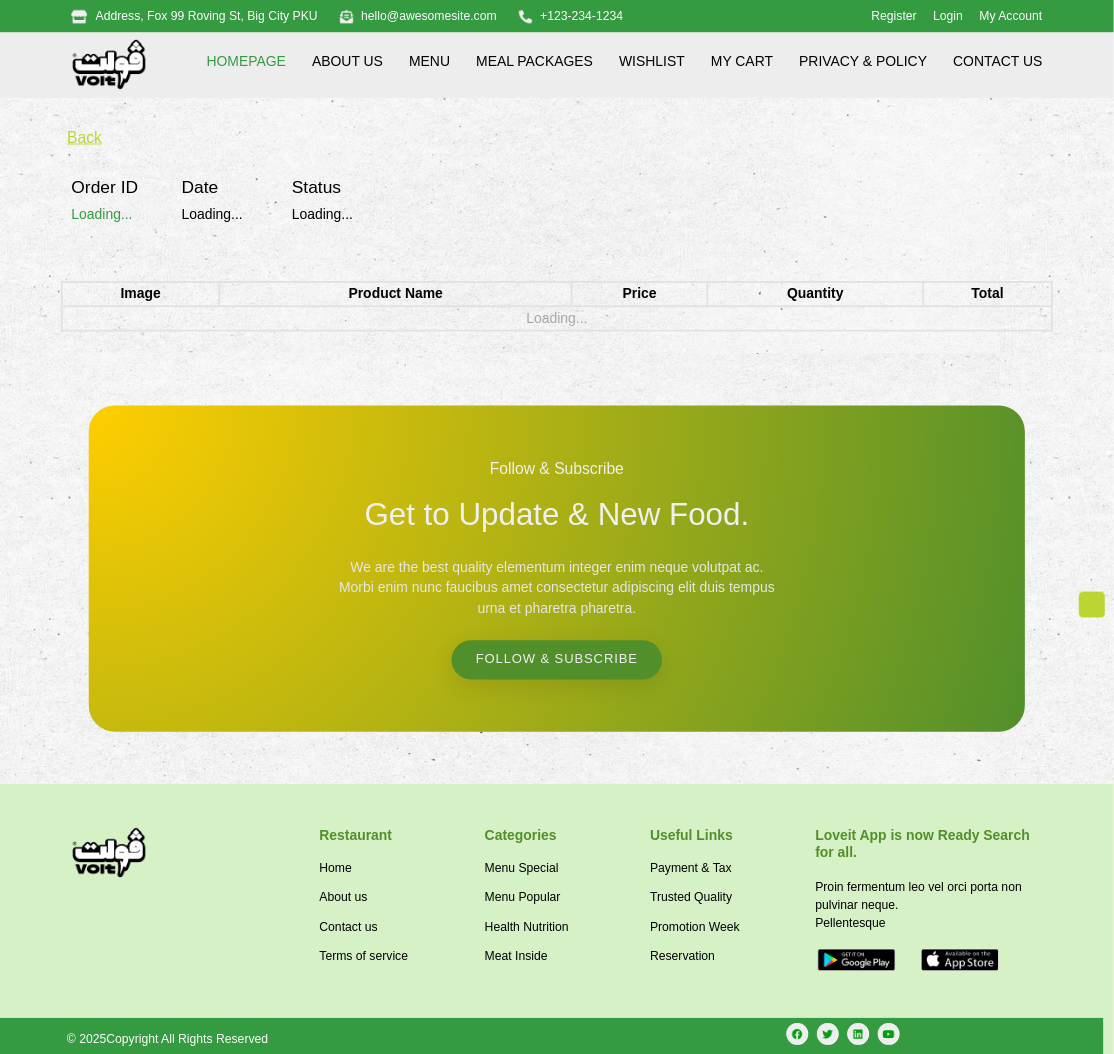
Repository: junivig/volt-new-project
Page: order-detail.html
An editor plug-in stored every save of this project. The page is shown before and after the next save, followed by the edit.
The browser window is 1280 px wide. The pictures show the whole page, at 87% of full size.

Above is the page before, as saved 2025-02-27 15:05:39.

After the next save:
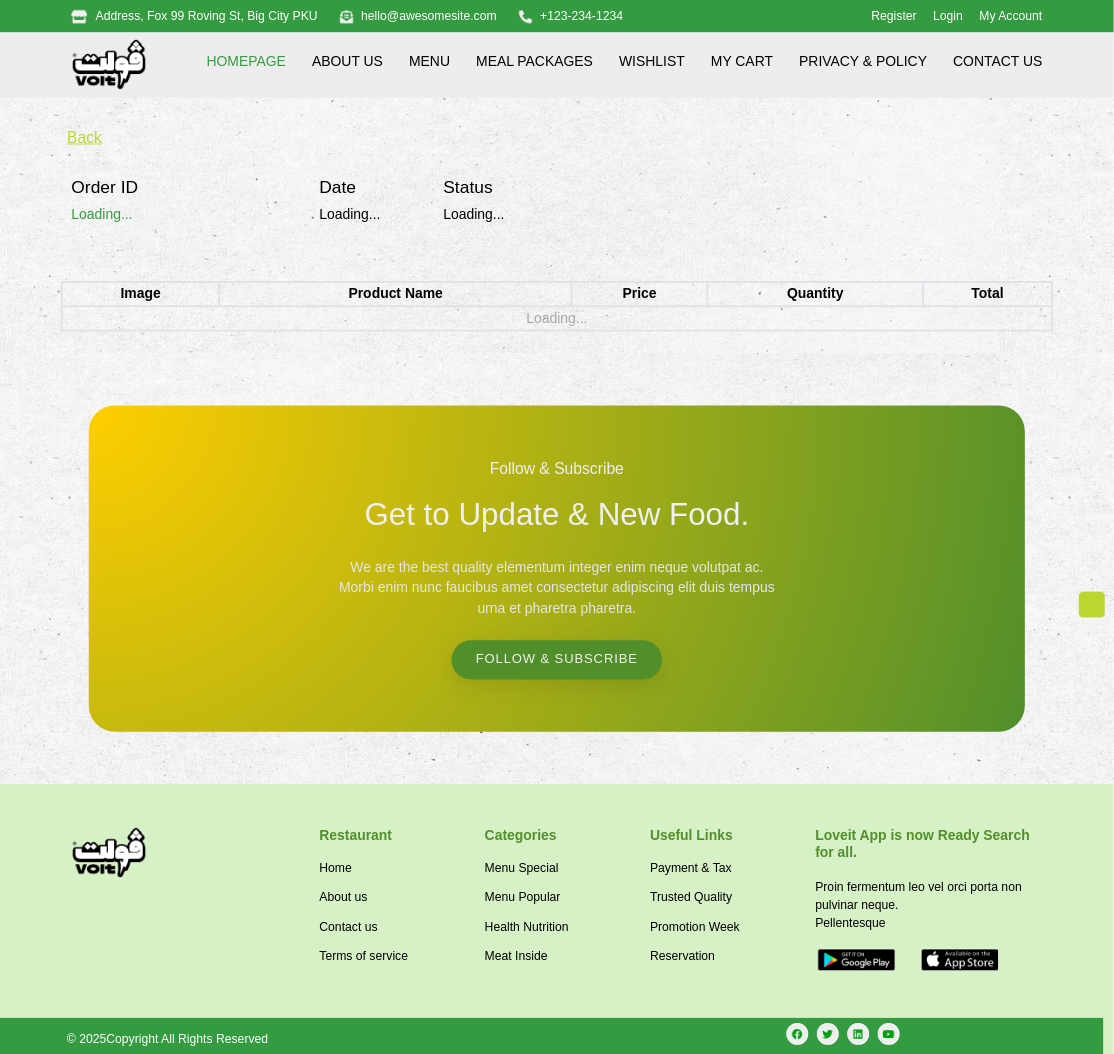
Saved 113 s later.
--- a/order-detail.html
+++ b/order-detail.html
@@ -122,17 +122,17 @@
             <a href="my-account.html"><button class="btn btn-back">Back</button></a>
             <div class="container">
                 <div class="row mt-4">
-                    <div class="col-4">
+                    <div class="col-6">
                         <div class="row">
-                            <div class="col-4">
+                            <div class="col-6">
                                 <h5>Order ID</h5>
                                 <p class="order-id">Loading...</p>
                             </div>
-                            <div class="col-4">
+                            <div class="col-3">
                                 <h5>Date</h5>
                                 <p class="order-date">Loading...</p>
                             </div>
-                            <div class="col-4">
+                            <div class="col-3">
                                 <h5>Status</h5>
                                 <p class="order-status">Loading...</p>
                             </div>
